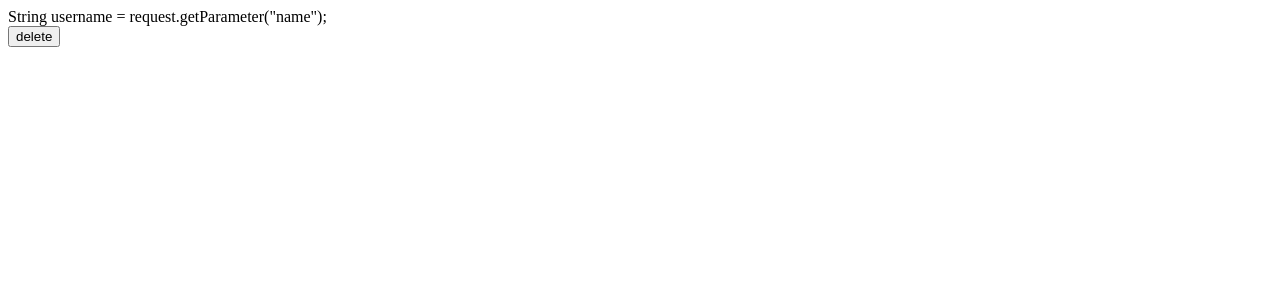
Repository: neethiarasan30/jsp-Servlets-crud-operation
Page: http://localhost/JavaFullStack/Delete.jsp
These files come from the project's save history. The page is drawn as it stood at one moment and after a run of saves; the edit follows.
The browser window is 1280 px wide. The pictures show the whole page.
The page is served by Tomcat 9. Other server files are loaded and not shown.

Above is the page before, as saved 2024-07-12 18:21:46.

### JavaFullStack/src/main/webapp/Delete.jsp
<%@page import="java.sql.*"%>

<%@ page language="java" contentType="text/html; charset=ISO-8859-1"
    pageEncoding="ISO-8859-1"%>
<!DOCTYPE html>
<html>
<head>
<meta charset="ISO-8859-1">
<title>Insert title here</title>
</head>
<body>

	String username = request.getParameter("name");

	<form action="DeleteRow" method="delete">

	<input type="button" value="delete">
	<a href=""
	</form>
</body>
</html>

After the next 2 saves:
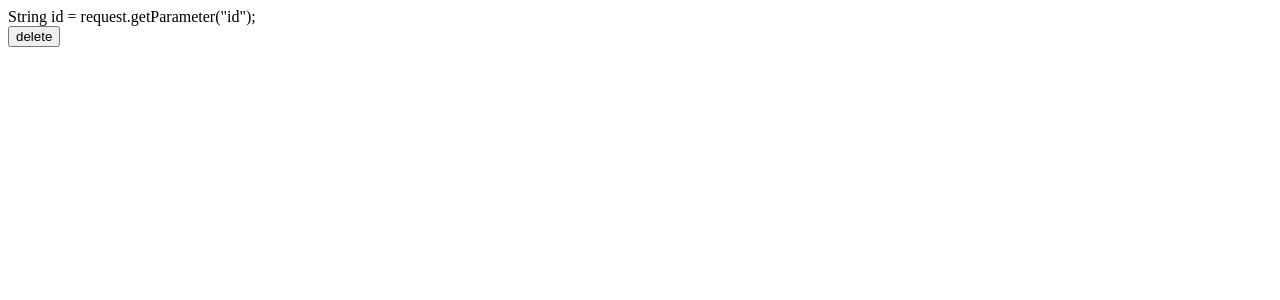
The 2 saves are shown as one change because they came seconds apart.
The last was saved 8 s later.
--- a/JavaFullStack/src/main/webapp/Delete.jsp
+++ b/JavaFullStack/src/main/webapp/Delete.jsp
@@ -10,7 +10,7 @@
 </head>
 <body>
 
-	String username = request.getParameter("name");
+	String id = request.getParameter("id");
 
 	<form action="DeleteRow" method="delete">
 
